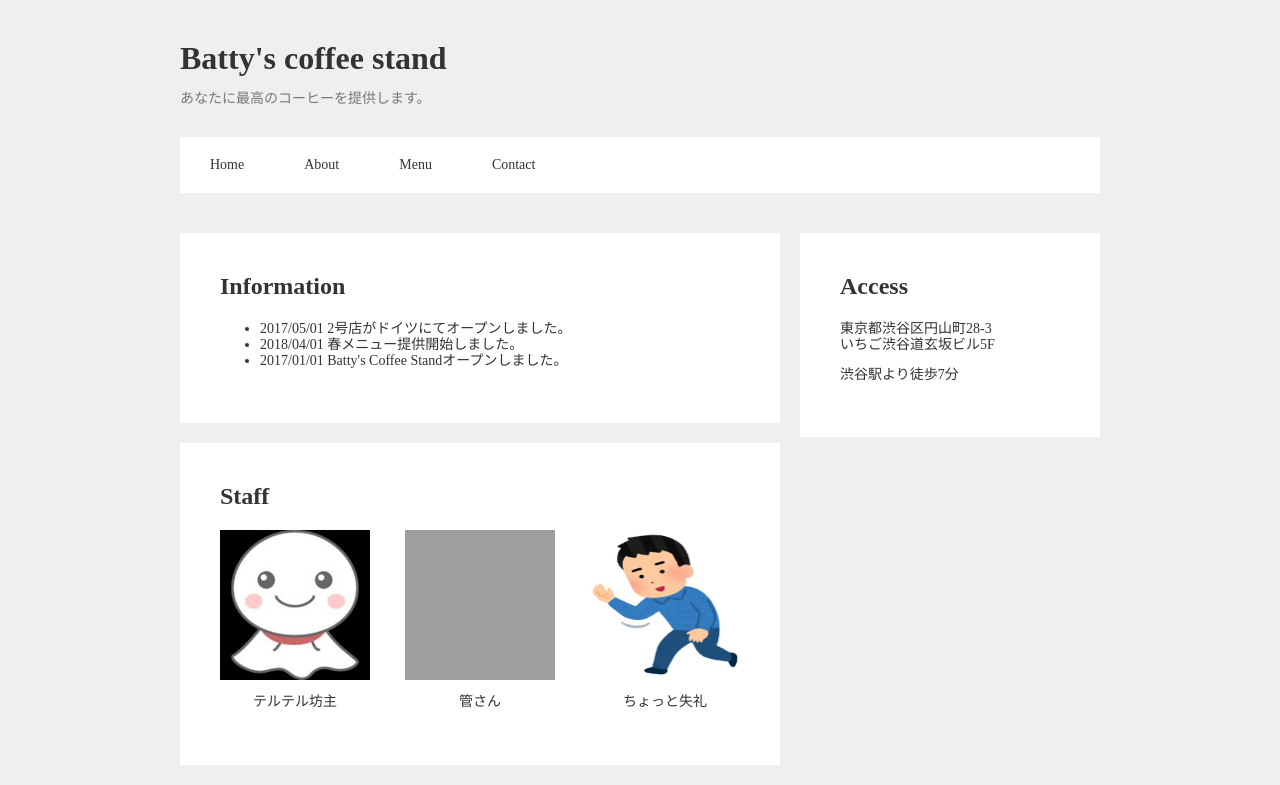
Repository: adahiroOno/front5
Page: html/batty_coffee_stand/index.html
The author's editor kept a record of every edit. The page is drawn from the files as they stood at one moment, then again after the next edit.
The browser window is 1280 px wide. The pictures show the whole page.
Pictures or frames that could not be fetched are drawn as grey boxes.

Above is the page before.

After the next edit:
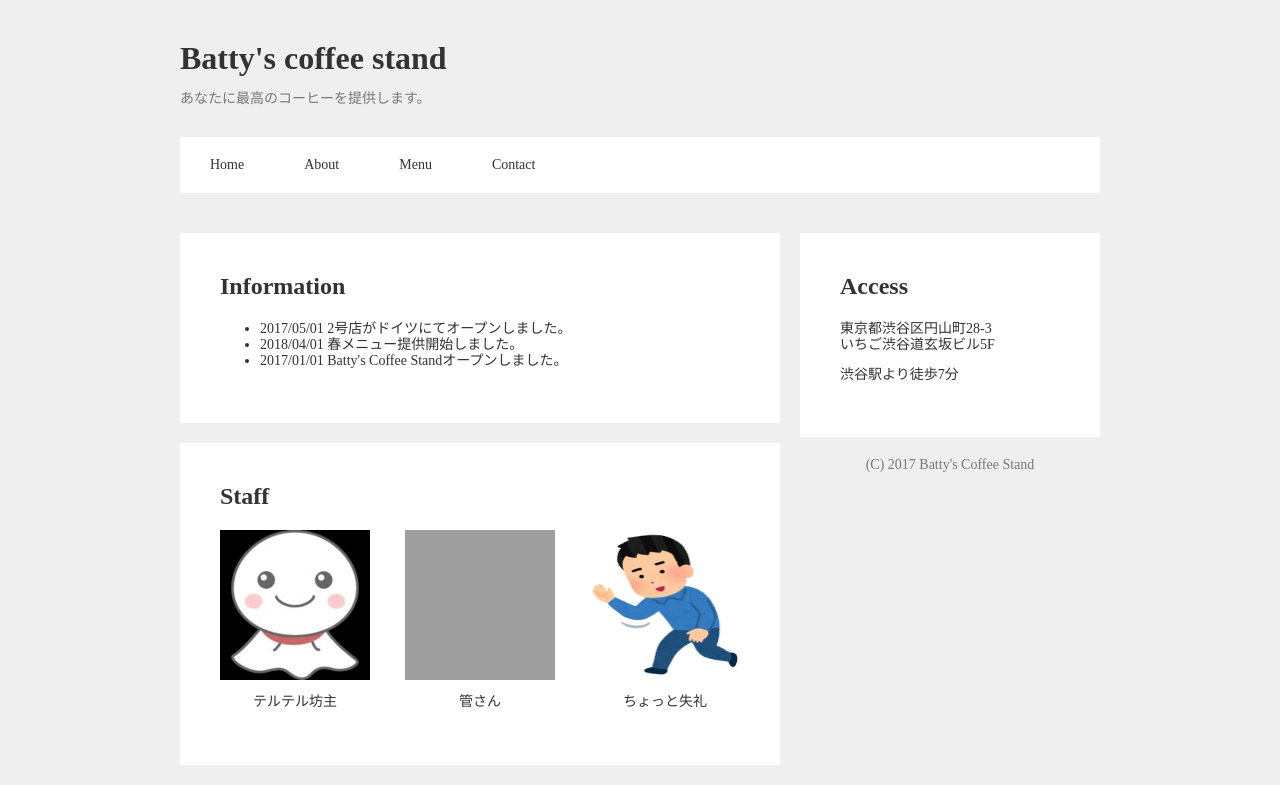
The edit:
--- a/html/batty_coffee_stand/index.html
+++ b/html/batty_coffee_stand/index.html
@@ -59,6 +59,9 @@
           <p>渋谷駅より徒歩7分</p>
         </div>
       </div>
+    <footer>
+      <p class="copyright">(C) 2017 Batty's Coffee Stand</p>
+    </footer>
     </div>
   </body>
 </html>
